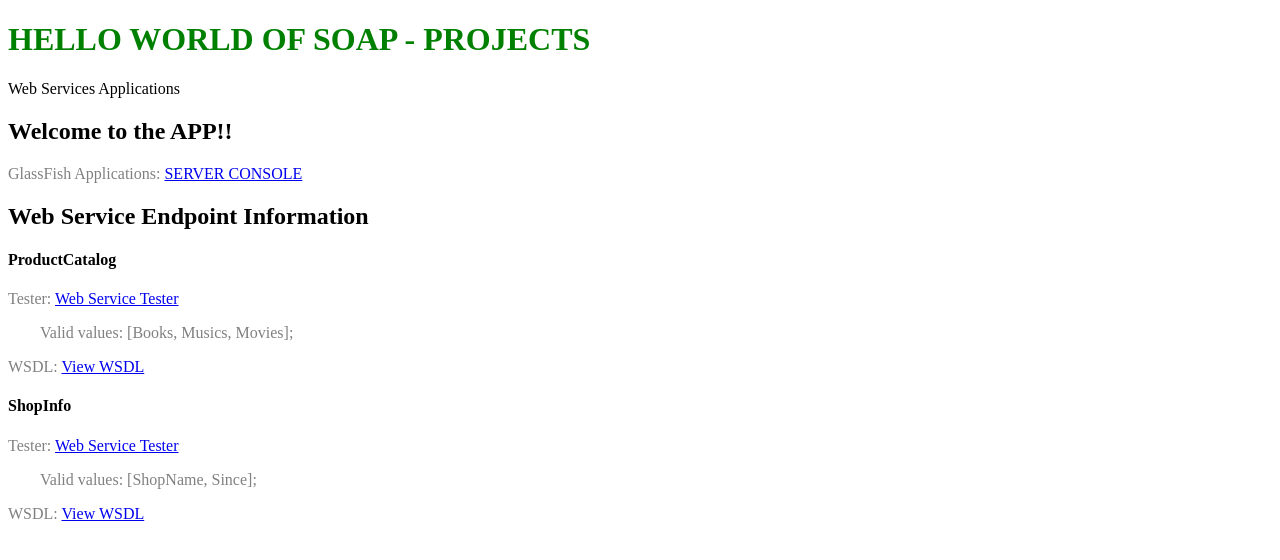
Repository: atafs/BackEnd_JAX-JAX-WS_SOAP
Page: http://localhost/Project_005_SOAP_server_JAXBinding/
These files come from the project's save history. The page is drawn as it stood at one moment and after the next save; the edit follows.
The browser window is 1280 px wide. The pictures show the whole page.
The page is served by Tomcat 9. Other server files are loaded and not shown.

Above is the page before, as saved 2016-01-26 16:49:26.

### Project_005_SOAP_server_JAXBinding/WebContent/index.jsp
<%@ page language="java" contentType="text/html; charset=ISO-8859-1"
    pageEncoding="ISO-8859-1"%>
<!DOCTYPE html PUBLIC "-//W3C//DTD HTML 4.01 Transitional//EN" "http://www.w3.org/TR/html4/loose.dtd">
<html>

<!-- HEADER -->
<head>
<meta http-equiv="Content-Type" content="text/html; charset=ISO-8859-1">
<title>WEB SERVICES</title>
</head>

<!-- BODY -->
<body>
	<h1 style="color:green;">HELLO WORLD OF SOAP - PROJECTS</h1>
	<p>Web Services Applications</p>

	<!-- LINKS -->
	<h2>Welcome to the APP!! </h2>
	<p style="color:gray;">GlassFish Applications: <a href="http://localhost:4848/common/index.jsf">SERVER CONSOLE</a></p>

	<h2>Web Service Endpoint Information</h2>
	<h4>ProductCatalog</h4>
	<p style="color:gray;">Tester: <a href="http://atafs:9090/Project_003_SOAP_server_ServiceAndContractFirst/ProductCatalogService?Tester">Web Service Tester</a>
		<p style="text-indent: 2em; color:gray;">Valid values: [Books, Musics, Movies];</p>
	</p>
	<p style="color:gray;">WSDL: <a href="http://atafs:9090/Project_003_SOAP_server_ServiceAndContractFirst/ProductCatalogService?wsdl">View WSDL</a></p>

	<h4>ShopInfo</h4>
	<p style="color:gray;">Tester: <a href="http://atafs:9090/Project_004_SOAP_server_TypesAndBinding/ShopInfoService?Tester">Web Service Tester</a>
		<p style="text-indent: 2em; color:gray;">Valid values: [ShopName, Since];</p>
	</p>
	<p style="color:gray;">WSDL: <a href="http://atafs:9090/Project_004_SOAP_server_TypesAndBinding/ShopInfoService?wsdl">View WSDL</a></p>


</body>
</html>

After the next save:
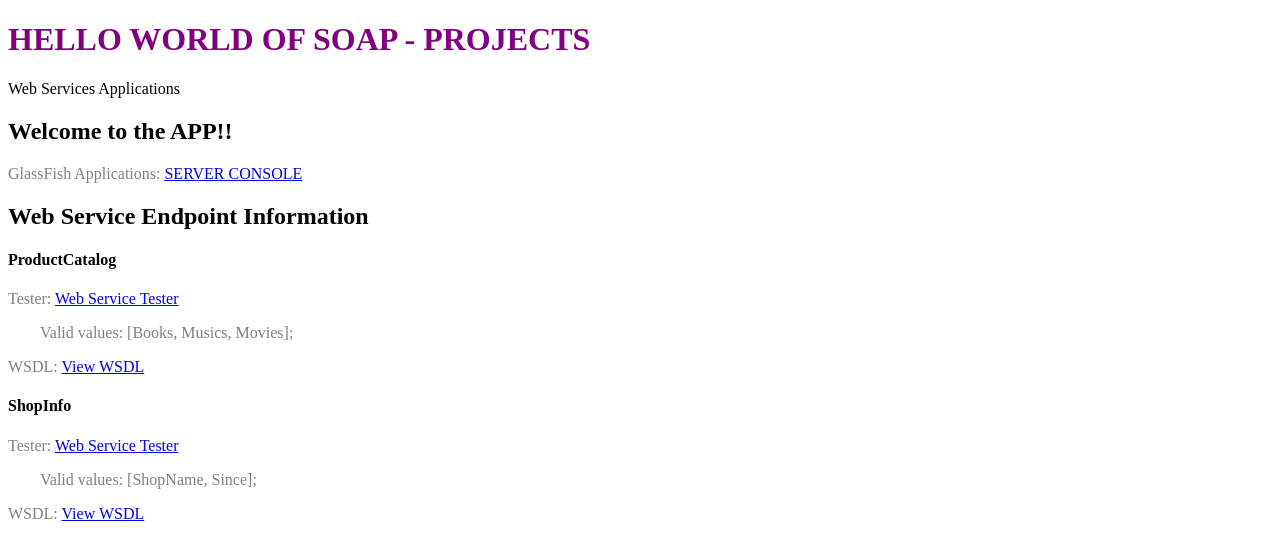
Saved 3 min 19 s later.
--- a/Project_005_SOAP_server_JAXBinding/WebContent/index.jsp
+++ b/Project_005_SOAP_server_JAXBinding/WebContent/index.jsp
@@ -11,7 +11,7 @@
 
 <!-- BODY -->
 <body>
-	<h1 style="color:green;">HELLO WORLD OF SOAP - PROJECTS</h1>
+	<h1 style="color:purple;">HELLO WORLD OF SOAP - PROJECTS</h1>
 	<p>Web Services Applications</p>
 
 	<!-- LINKS -->
